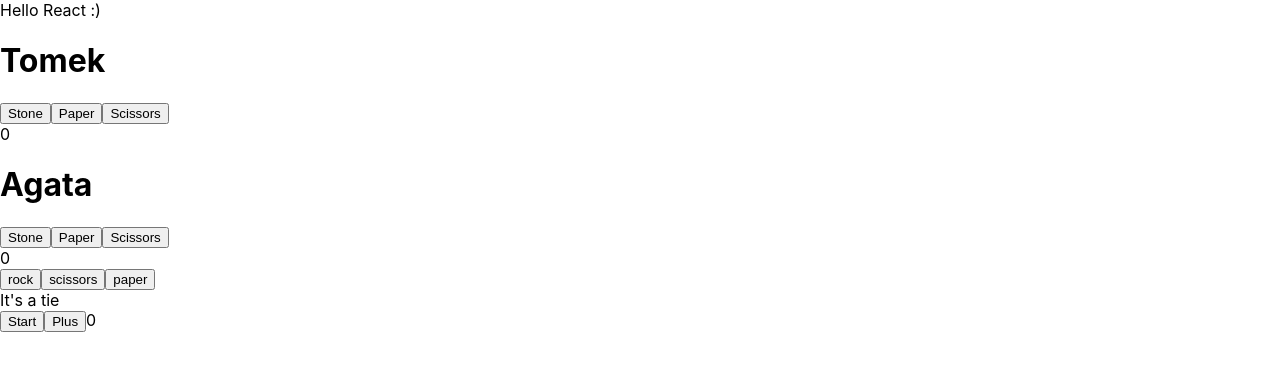
Repository: K009/Rock-Paper-Scissors
Page: /
These files come from the project's save history. The page is drawn as it stood at one moment and after the next save; the edit follows.
The browser window is 1280 px wide. The pictures show the whole page.
The project was rebuilt for these pictures with package versions that can differ from the ones it lists, and the page was loaded fresh each time. Also part of the build but not shown: src/App.css.

Above is the page before, as saved 2020-05-12 08:23:52.

### src/App.js
import React, { Component } from "react";
import "./App.css";
import Player from "./components/Player";

//Trzeba: ogarnac stany graczy jak wybieraja bron zeby funkcja selectWinner dobrze pokazywala :)

const weapon = ["rock", "paper", "scissors"];

class App extends Component {
  constructor() {
    super();
    this.state = {
      playerOne: weapon[0],
      playerTwo: weapon[0],
      winner: "",
    };
    this.state = { counter: 0 };
  }

  startGame = () => {
    const { playerTwo } = this.state;
    this.setState({
      playerTwo: weapon[Math.floor(Math.random() * weapon.length)],
      winner: "",
    });
    console.log(playerTwo);
  };

  selectWinner = () => {
    const { playerOne, playerTwo } = this.state;
    if (playerOne === playerTwo) {
      console.log("It's a tie");
      return "It's a tie";
    } else if (
      (playerOne === "rock" && playerTwo === "scissors") ||
      (playerOne === "paper" && playerTwo === "rock") ||
      (playerOne === "scissors" && playerTwo === "paper")
    ) {
      return "Player one wins!";
    } else {
      return "Player two wins!";
    }
  };

  selectWeapon = (weapon) => {
    //w argumencie dostaje zmienna ktora ma ustawic dla playerOne
    const { playerOne } = this.state;
    this.setState({
      playerOne: weapon, //tutaj ustawia
      winner: "", //winner wciaz bez zmian wartosci - wynosi ""
    });
    console.log(playerOne);
  };

  increment() {
    this.setState({
      counter: this.state.counter + 1,
    });
  }

  render() {
    const { playerOne, playerTwo, winner } = this.state;
    return (
      <div className="App">
        Hello React :)
        <div className="Players">
          <Player playerName="Tomek" weapon={playerOne} />
          <Player playerName="Agata" weapon={playerTwo} />
        </div>
        <div>
          <button className="weapon" onClick={() => this.selectWeapon("rock")}>
            rock
          </button>
          <button
            className="weapon"
            onClick={() => this.selectWeapon("scissors")}
          >
            scissors
          </button>
          <button className="weapon" onClick={() => this.selectWeapon("paper")}>
            paper
          </button>
        </div>
        <div className="winner">{this.selectWinner()}</div>
        <button className="start" onClick={() => this.startGame()}>
          Start
        </button>
        <button onClick={this.increment.bind(this)}>Plus</button>
        <output>{this.state.counter}</output>
      </div>
    );
  }
}

export default App;

### src/components/Player.js
import React, { useState } from "react";
//import style from "./player.module.css";

const Player = ({ playerName }) => {
  const [option, setOption] = useState(0);
  return (
    <div>
      <h1>{playerName}</h1>
      <button
        className="submit-button"
        type="submit"
        onClick={() => setOption(option + 1)}
      >
        Stone
      </button>
      <button
        className="submit-button"
        type="submit"
        onClick={() => setOption(option + 2)}
      >
        Paper
      </button>
      <button
        className="submit-button"
        type="submit"
        onClick={() => setOption(option + 3)}
      >
        Scissors
      </button>
      <div>{option}</div>
    </div>
  );
};

export default Player;

Loaded but not shown: public/index.html (common file); src/index.js (common file); src/index.css (common file); src/serviceWorker.js (common file)

After the next save:
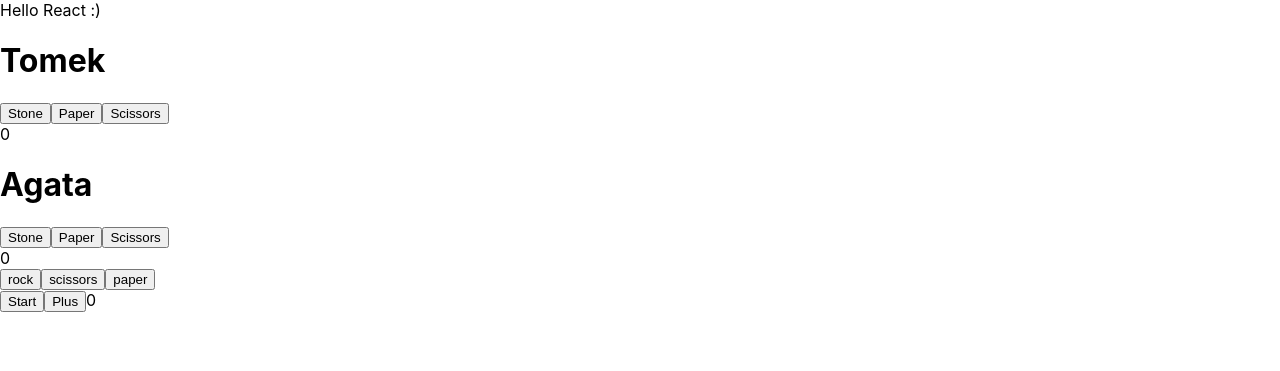
Saved 4 min 1 s later.
--- a/src/App.js
+++ b/src/App.js
@@ -81,7 +81,7 @@ class App extends Component {
             paper
           </button>
         </div>
-        <div className="winner">{this.selectWinner()}</div>
+        <div className="winner">{winner ? this.selectWinner() : null}</div>
         <button className="start" onClick={() => this.startGame()}>
           Start
         </button>
